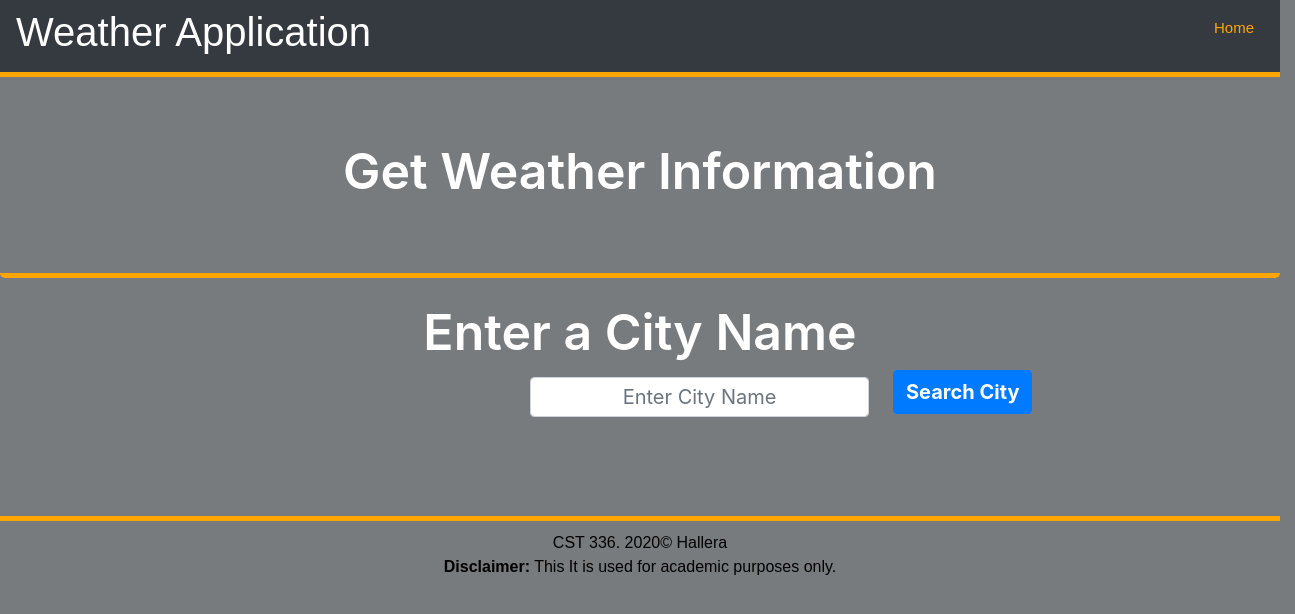
Repository: ElijahHallera/336-Internet-Prog
Page: cst336_s2020_Project3-master/cst336_s2020_Project3-master/index.html
The author's editor kept a record of every edit. The page is drawn from the files as they stood at one moment, then again after the next edit.
The browser window is 1280 px wide. The page is 1295 px wide, so the pictures cover 1295 px, including what lies to the right of the window. The pictures show the whole page.

Above is the page before.

### cst336_s2020_Project3-master/cst336_s2020_Project3-master/index.html
<!DOCTYPE html>
<html>
    <head>
        <meta charset = "utf-8">
        <title>Midterm 1</title>
        <link href="https://stackpath.bootstrapcdn.com/bootstrap/4.4.1/css/bootstrap.min.css"
        rel="stylesheet"
        integrity="sha384-Vkoo8x4CGsO3+Hhxv8T/Q5PaXtkKtu6ug5TOeNV6gBiFeWPGFN9MuhOf23Q9Ifjh"
        crossorigin="anonymous">
        <link href="https://fonts.googleapis.com/css?family=Raleway&display=swap" rel="stylesheet">
        <script src="https://ajax.aspnetcdn.com/ajax/jQuery/jquery-3.4.1.min.js"></script>
        <script src = "https://cdnjs.cloudflare.com/ajax/libs/underscore.js/1.9.1/underscore-min.js"></script>
        <link href = "app.css" rel = "stylesheet" type = "text/css">
    </head>

    <header>
        <nav class="navbar navbar-dark bg-dark">
            <h1> Weather Application </h1>
            <ul>
                <li> <a href = "index.html" id = "currentPage" class = "homeA"> Home </a> </li>
            </ul>
        </nav>
    </header>

    <body>
        <div class = "jumbotron">
            <h2 class = "text-center"> Get Weather Information</h2>
        </div>

        </br>

        <div>
            <div>
                <h3 class = "text-center">Enter a City Name</h3>
                <span id = "error"></span>
            </div>

            <div class = "row form-group form-inline">
               &emsp;&emsp;&emsp;&emsp;&emsp;&emsp;&emsp;&emsp;&emsp;&emsp;&emsp;&emsp;
               &emsp;&emsp;&emsp;&emsp;&emsp;&emsp;&emsp;&emsp;&emsp;&emsp;&emsp;&emsp;
               &emsp;&emsp;&emsp;&emsp;&emsp;&emsp;&emsp;&emsp;&emsp;&ensp;
               <input type="text" name = "city" id = "city" class = "form-control" placeholder = "Enter City Name">
               &emsp;&ensp;<button id = "submitWeather" class="btn btn-primary"> Search City </button>
            </div>

            </br>

            <div id = "show"></div>

        </div>

        </br>
        </br>

        <footer>
        <font size = "3.5">
        CST 336. 2020&copy; Hallera <br />
        <strong>Disclaimer:</strong> This
        It is used for academic purposes only. <br />
        </font>
        <br />

    </footer>

        <script src = "javascript.js"></script>
    </body>
</html>

### cst336_s2020_Project3-master/cst336_s2020_Project3-master/app.css
body{
    background-color: #777B7E;
}

h2{
 text-align: center;
}

h3{
 text-align: center;
}

input[type="text"]{
    height: 40px;
    font-size: 20px;
}

input{
    text-align: center;
}

button{
    text-align: center;
}

nav li:hover{
    font-size: 1.10em;
    transition: .9s;
}

li {
    list-style: none;
    display: inline-block;
    padding-left: 10px;
    padding-right: 10px;
}

a {
    font-size: 1em;
    color: orange;
    border-radius: 15px;
    justify-content: space-between;
}

header {
    color: white;
    font-family: "Montserrat", sans-serif;
    font-size: 15px;
    justify-content: space-between;
    align-items: center;
    text-align: center;
    border-bottom: 5px solid orange;
}

img {
  border-radius: 4px;
  padding: 5px;
  width: 150px;
  margin-bottom: 10px;
}

footer {
    padding: 10px;
    background-color: #777B7E;
    clear: left;
    text-align: center;
    font-family: 'Source Sans Pro', sans-serif;
    color: black;
    border-top: 5px solid orange;
}

#show{
    margin: auto;
    text-align: center;
}

#rowDiv{
    margin: auto;
    text-align: center;
    width: 100%;
}

#submitWeather{
    font-size: 20px;
    font-weight: bold;
    margin-bottom: 10px;
}

#center{
    text-align: center;
}

.jumbotron{
    margin-bottom: 0px;
    color: white;
    background-color: #777B7E;
    border-bottom: 5px solid orange;
}
.text-center{
    color: white;
    font-size: 50px;
    font-weight:  600;
}

.row{
    margin-bottom:20px;
}

.container{
    text-align: center;
    height: 650px;
}

### cst336_s2020_Project3-master/cst336_s2020_Project3-master/javascript.js
$(document).ready(function(){

    $('#submitWeather').click(function(){
        var city = $("#city").val();
        var yeet = "images/warm.jpg";
        if(city != ''){
            $.ajax({

               url: "https://api.openweathermap.org/data/2.5/weather?q=" + city + "&units=imperial&APPID=0aa5e5f254be985411b1bdfc170de6e0",
               type: "GET",
               data: "json",
               success: function(data){
                    if(data.main.temp >= 100){
                        alert("ITS VERY HOT");
                        var img = "<div class='img-thumbnail flex-item'><img src= images/veryhot.jpeg></div>";
                        $(".flex-container").append(img);
                    }
                    if(data.main.temp >= 70 && data.main.temp < 100){
                        alert("ITS HOT");
                        var img = "<div class='img-thumbnail flex-item'><img src = images/warm.jpg></div>";
                        $(".flex-container").append(img);
                    }

                    if(data.main.temp >= 40 && data.main.temp < 70){
                        alert("ITS PLEASANT OUT");
                    }

                    if(data.main.temp >= 32 && data.main.temp < 40){
                        alert("ITS COLD");
                    }

                    if(data.main.temp < 32){
                        alert("ITS VERY COLD");
                    }

                    var widget = show(data);
                    $("#show").html(widget);
                    $("#city").val('');
               }
            });
        } else {
            $("error").html('Cannot be empty!');
        }
    });
});

function show(data){
    return "<h2>Current weather for " + data.name + ", " + data.sys.country + "</h2>" +
           "<h2>Weather: " + data.weather[0].main + "</h2>" +
           "<h3>Description: "+ data.weather[0].description +"</h3>" +
           "<h3>Temperature: "  + data.main.temp + "&#8457 </h2>" +
           "<h3>Humidity: "  + data.main.humidity + " %</h2>" +
           "<h3>Wind Speed: "  + data.wind.speed + " MPH </h2>";
}

After the next edit:
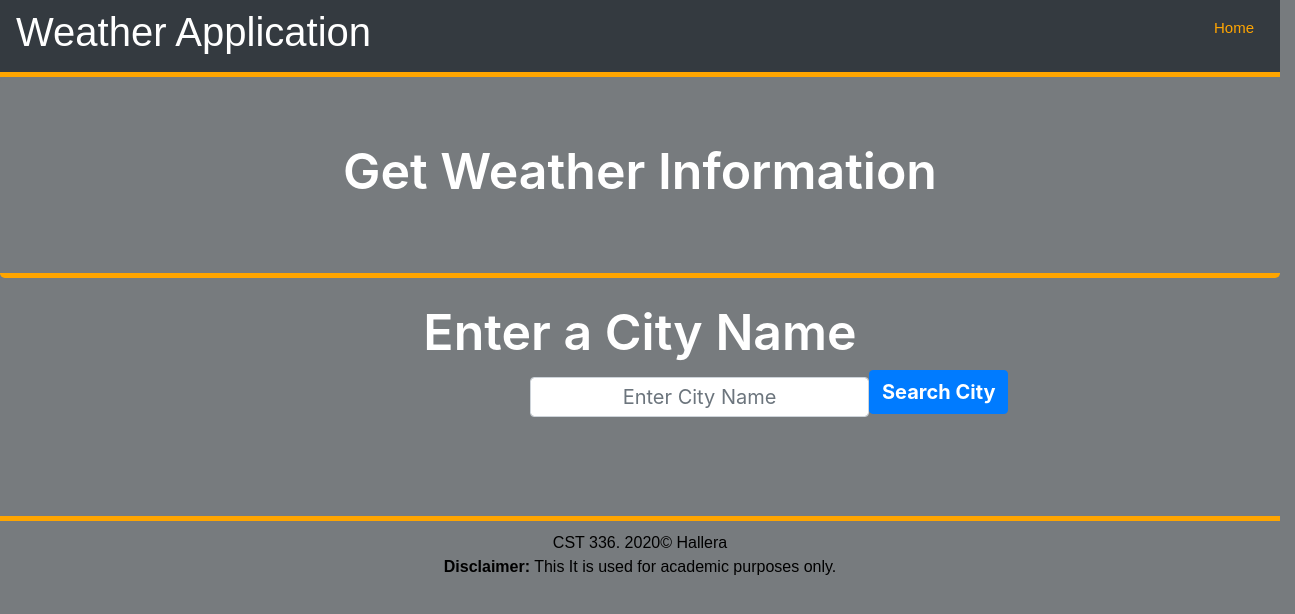
The edit:
--- a/cst336_s2020_Project3-master/cst336_s2020_Project3-master/index.html
+++ b/cst336_s2020_Project3-master/cst336_s2020_Project3-master/index.html
@@ -40,7 +40,7 @@
                &emsp;&emsp;&emsp;&emsp;&emsp;&emsp;&emsp;&emsp;&emsp;&emsp;&emsp;&emsp;
                &emsp;&emsp;&emsp;&emsp;&emsp;&emsp;&emsp;&emsp;&emsp;&ensp;
                <input type="text" name = "city" id = "city" class = "form-control" placeholder = "Enter City Name">
-               &emsp;&ensp;<button id = "submitWeather" class="btn btn-primary"> Search City </button>
+               <button id = "submitWeather" class="btn btn-primary"> Search City </button>
             </div>
 
             </br>
